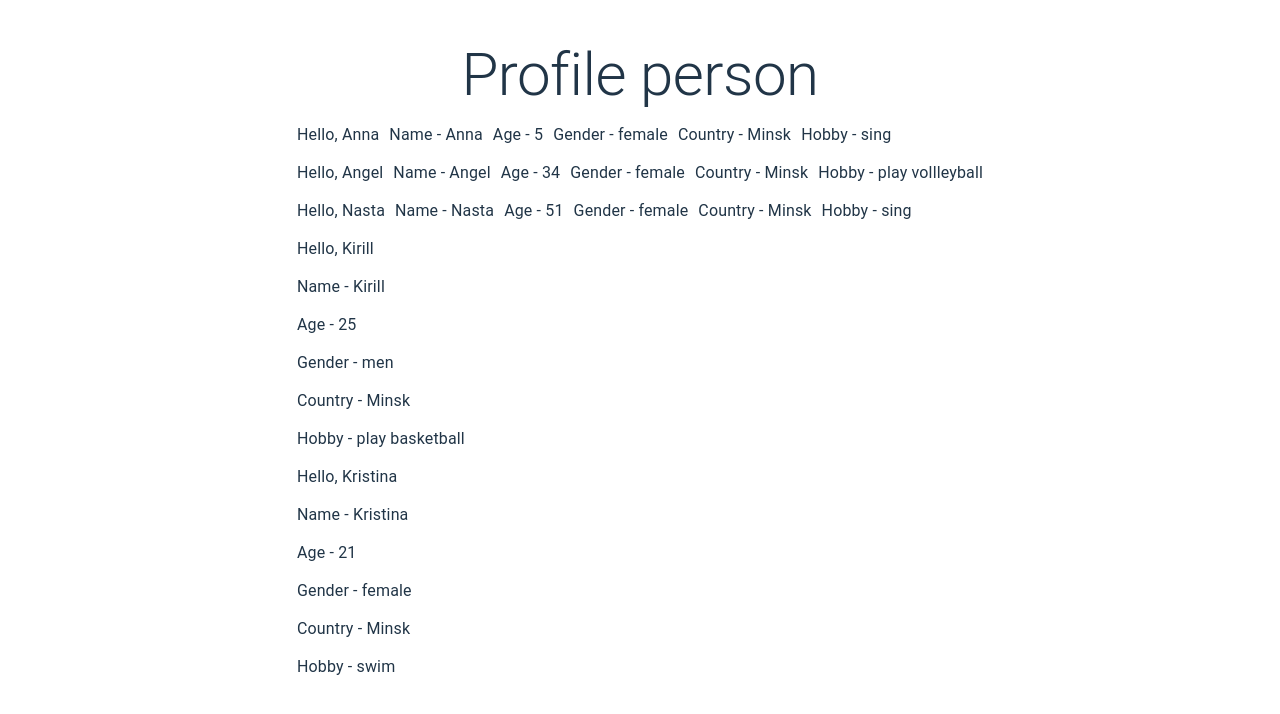
Repository: savannaaaas/props
Page: /
These files come from the project's save history. The page is drawn as it stood at one moment and after the next save; the edit follows.
The browser window is 1280 px wide. The pictures show the whole page.
The project was rebuilt for these pictures with package versions that can differ from the ones it lists, and the page was loaded fresh each time. Also part of the build but not shown: vite.config.js.

Above is the page before, as saved 2025-07-08 00:15:51.

After the next save:
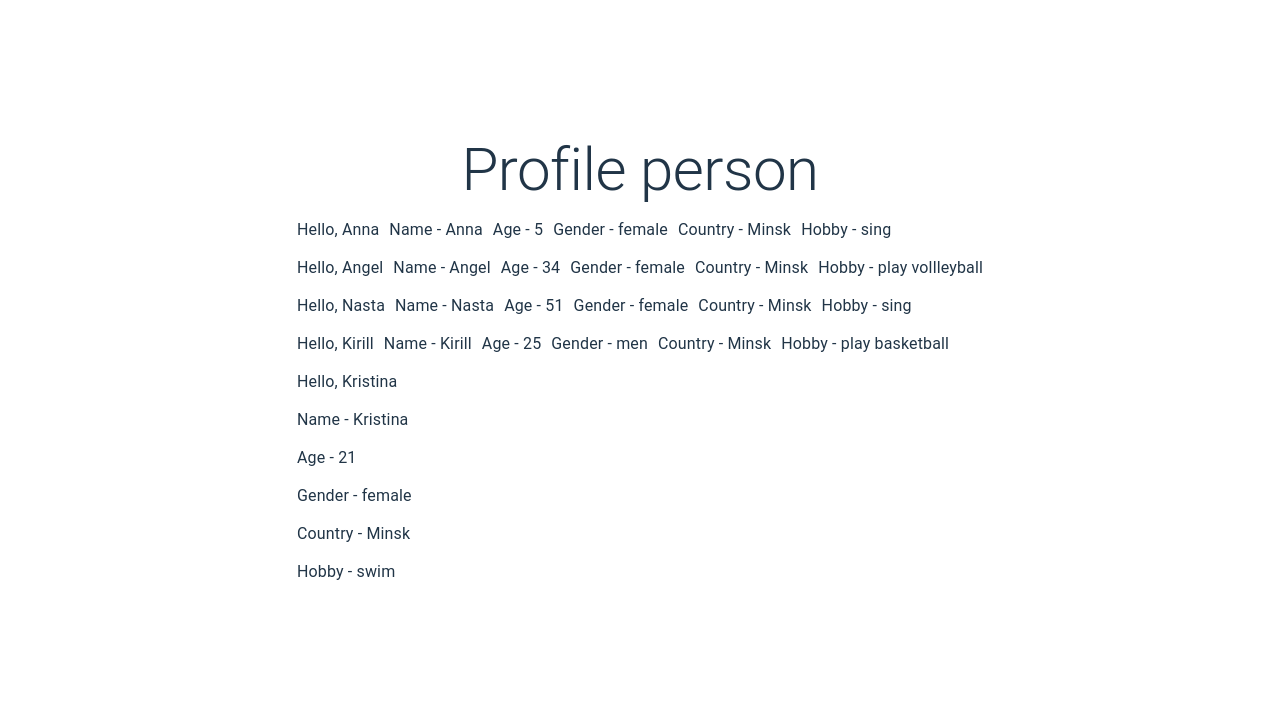
Saved 15 s later.
--- a/src/App.jsx
+++ b/src/App.jsx
@@ -57,15 +57,17 @@ function App() {
           hobbies={hobbies}
         />
       </Grid>
+      <Grid container direction="row">
+        <Person4
+          name={"Kirill"}
+          age={25}
+          men={true}
+          obj={obj}
+          sayHello={sayHello}
+          hobbies={hobbies}
+        />
+      </Grid>
 
-      <Person4
-        name={"Kirill"}
-        age={25}
-        men={true}
-        obj={obj}
-        sayHello={sayHello}
-        hobbies={hobbies}
-      />
       <Person5
         name={"Kristina"}
         age={21}
